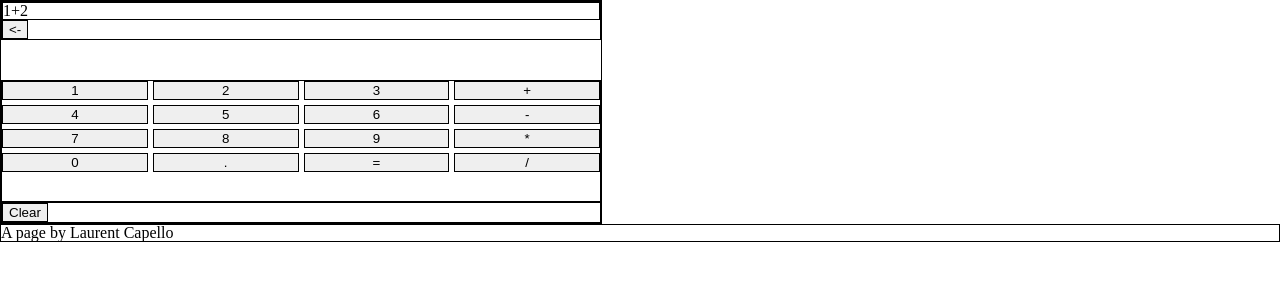
Repository: sokafootball/js-calculator
Page: index.html
These files come from the project's save history. The page is drawn as it stood at one moment and after a run of saves; the edit follows.
The browser window is 1280 px wide. The pictures show the whole page.

Above is the page before, as saved 2020-04-25 11:35:02.

After the next 3 saves:
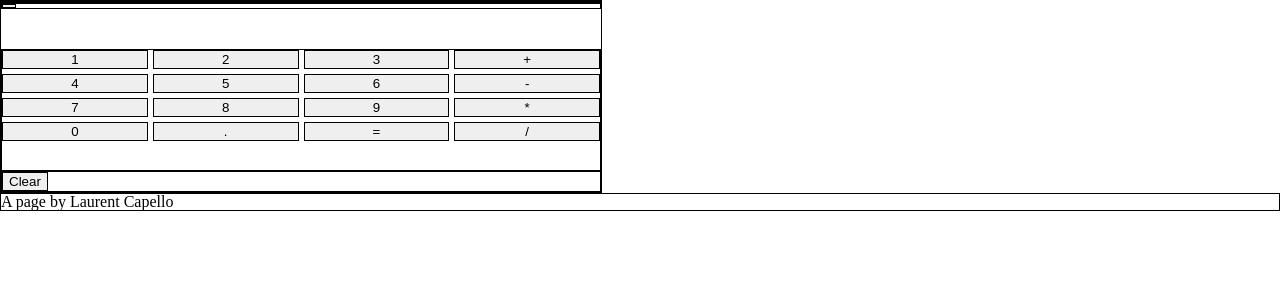
The 3 saves are shown as one change because they came seconds apart.
The last was saved 75 s later.
--- a/index.html
+++ b/index.html
@@ -8,8 +8,8 @@
 <main id="main">
   <div id="calculator">
     <div id="calc-top">
-      <div id="display">1+2</div>
-      <button id="backspace" class="button"><-</button>
+      <p id="display"></p>
+      <button id="backspace" class="button"></button>
     </div>
     <div id="calc-mid">
       <button class="button">1</button>
@@ -30,7 +30,7 @@
       <button class="button">/</button>
     </div>
     <div id="calc-bottom">
-      <button class="button">Clear</button>
+      <button id="clear-button" class="button">Clear</button>
     </div>
   </div>
 </main>
